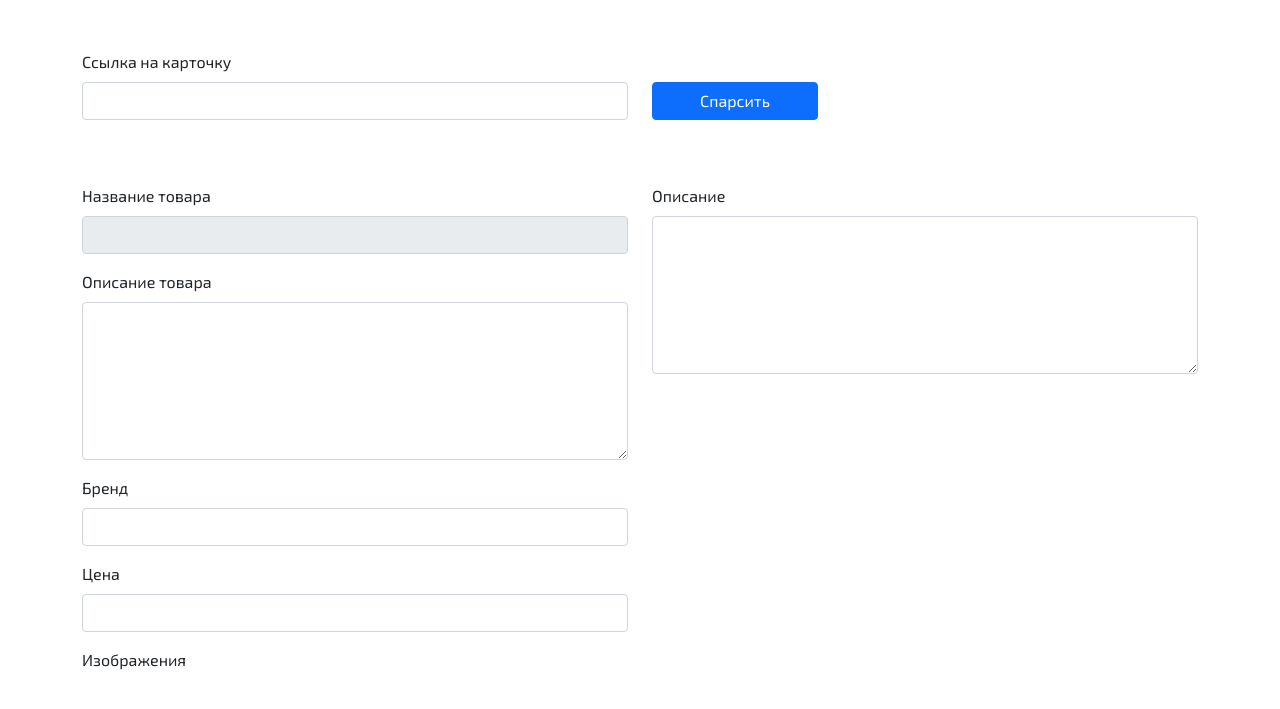
Repository: yozuul/wildberries-product-card-parser-api-exchange
Page: public/index.html
These files come from the project's save history. The page is drawn as it stood at one moment and after the next save; the edit follows.
The browser window is 1280 px wide. The pictures show the whole page.

Above is the page before, as saved 2021-08-18 20:12:44.

### public/index.html
<!DOCTYPE html>
<html lang="en">

<head>
   <meta charset="UTF-8">
   <meta http-equiv="X-UA-Compatible" content="IE=edge">
   <meta name="viewport" content="width=device-width, initial-scale=1.0">
   <title>Document</title>
   <link href="https://cdn.jsdelivr.net/npm/bootstrap@5.1.0/dist/css/bootstrap.min.css" rel="stylesheet"
      integrity="sha384-KyZXEAg3QhqLMpG8r+8fhAXLRk2vvoC2f3B09zVXn8CA5QIVfZOJ3BCsw2P0p/We" crossorigin="anonymous">
   <link rel="stylesheet" href="style.css">
</head>

<body>
   <div class="container">
      <form class="row parser_form_wrapper align-items-end">
         <div class="mb-3 col-6">
            <label for="cardProductURL" class="form-label">Ссылка на карточку</label>
            <input type="text" class="form-control" id="cardProductURL">
         </div>
         <div class="col-2 mb-3">
            <button type="submit" class="btn btn-primary col-12">Спарсить</button>
         </div>
      </form>
   </div>
   <form class="container mt-5">
      <div class="row">
         <div class="col">
            <div class="mb-3">
               <label for="productName" class="form-label">Название товара</label>
               <input type="text" class="form-control" id="productName" readonly>
            </div>
            <div class="mb-3">
               <label for="productDesc" class="form-label">Описание товара</label>
               <textarea type="text" class="form-control" id="productDesc" rows="6"></textarea>
            </div>
            <div class="mb-3">
               <label for="productBrand" class="form-label">Бренд</label>
               <input type="text" class="form-control" id="productBrand">
            </div>
            <div class="mb-3">
               <label for="productPrice" class="form-label">Цена</label>
               <input type="text" class="form-control" id="productPrice">
            </div>
            <div class="mb-3">
               <label for="productImages" class="form-label">Изображения</label>
               <!-- <input type="text" class="form-control" id="productImages"> -->
            </div>
         </div>
         <div class="col">
            <label for="productName" class="form-label">Описание</label>
            <textarea type="text" class="form-control" id="productDesc" rows="6"></textarea>
         </div>
      </div>
   </form>
   <script src="index.js"></script>
</body>
</html>

### public/style.css
@import url('https://fonts.googleapis.com/css2?family=Exo+2&display=swap');

* {
   font-family: 'Exo 2', sans-serif;
}

body {
   padding: 0;
   margin: 0;
}

.parser_form_wrapper {
   margin-top: 50px;
}
/* .productFormWrapper, .parseFormWrapper {
   max-width: 1200px;
   margin: auto;
   padding-top: 25px;
   padding-bottom: 25px;
}
.parseFormWrapper {
   border-bottom: 1px dotted #9999;
}
.productFormWrapper {
   display: flex;
}
.productFormWrapperLeft {
   margin-right: 50px;
}
.parseForm {
   display: flex;
   flex-wrap: wrap;
   max-width: 550px;
}
.parseForm input {
   width: 550px;
   margin-bottom: 20px;
}
.productForm {
}
.productForm input, .productForm textarea {
   width: 550px;
}
.productForm textarea {
   height: 100px;
   resize: none;
}
.parseFormWrapper p, .productFormWrapper p {
   margin-bottom: 8px;
   margin-top: 0;
}
.inputWrapper {
   margin-bottom: 15px;
} */

Loaded but not shown: index.js (no copy from this time; the picture is the same without it)

After the next save:
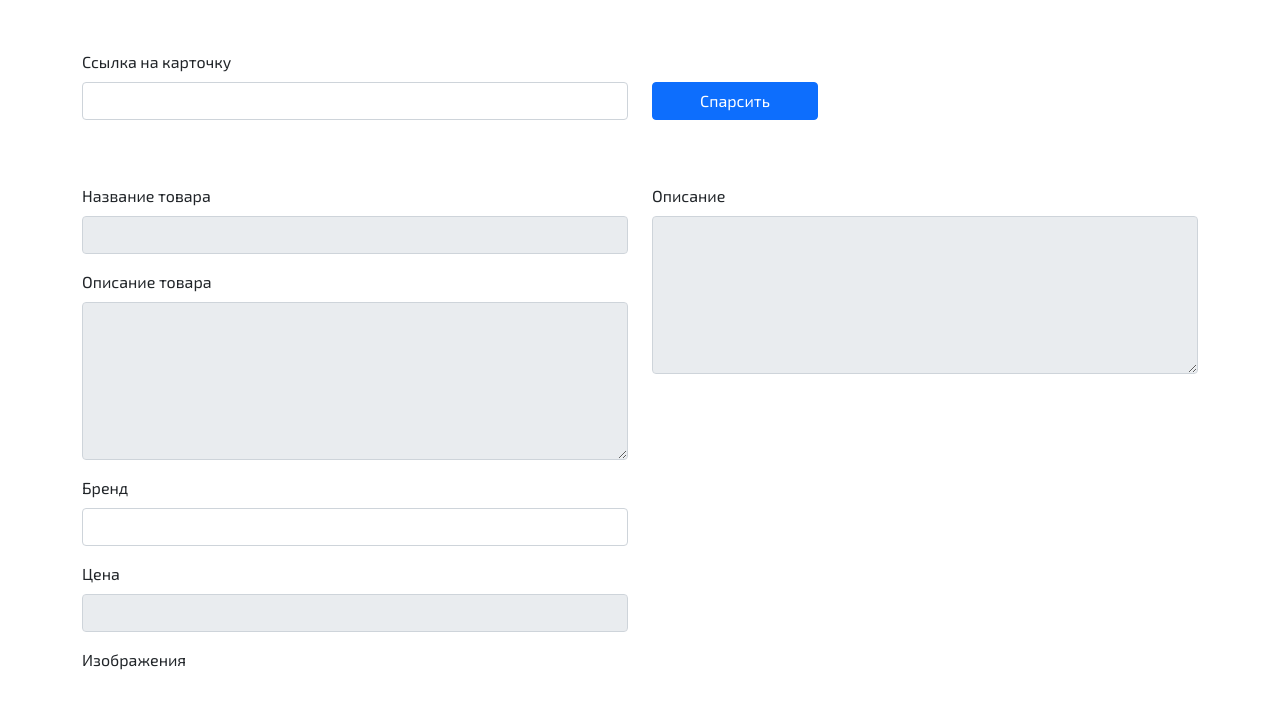
Saved 17 s later.
--- a/public/index.html
+++ b/public/index.html
@@ -32,7 +32,7 @@
             </div>
             <div class="mb-3">
                <label for="productDesc" class="form-label">Описание товара</label>
-               <textarea type="text" class="form-control" id="productDesc" rows="6"></textarea>
+               <textarea type="text" class="form-control" id="productDesc" rows="6" readonly></textarea>
             </div>
             <div class="mb-3">
                <label for="productBrand" class="form-label">Бренд</label>
@@ -40,7 +40,7 @@
             </div>
             <div class="mb-3">
                <label for="productPrice" class="form-label">Цена</label>
-               <input type="text" class="form-control" id="productPrice">
+               <input type="text" class="form-control" id="productPrice" readonly>
             </div>
             <div class="mb-3">
                <label for="productImages" class="form-label">Изображения</label>
@@ -49,7 +49,7 @@
          </div>
          <div class="col">
             <label for="productName" class="form-label">Описание</label>
-            <textarea type="text" class="form-control" id="productDesc" rows="6"></textarea>
+            <textarea type="text" class="form-control" id="productDesc" rows="6" readonly></textarea>
          </div>
       </div>
    </form>
